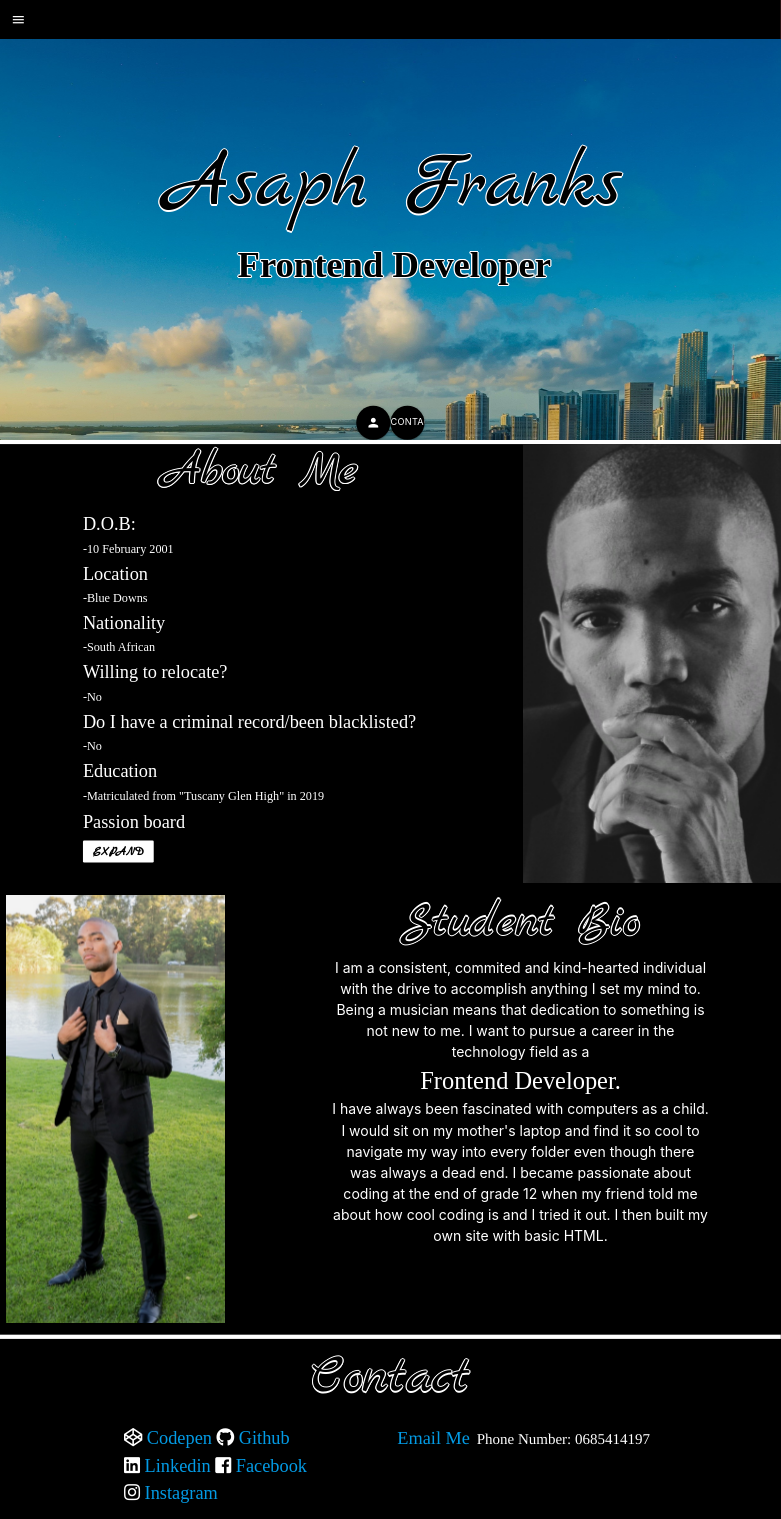
Repository: Ajtheult/portfolio.v3
Page: /portfolio-v3
The author's editor kept a copy of each file at every save. The page is drawn from the files as they stood at one save, then again after the next save.
The browser window is 1280 px wide. The pictures show the whole page, at 61% of full size.
Some web fonts or font styles are not loaded; a fallback is used. The project was rebuilt for these pictures with package versions that can differ from the ones it lists, and the page was loaded fresh each time. Also part of the build but not shown: src/components/layout/pages/Skills.js, src/components/layout/pages/MyWork.js, src/components/layout/pages/Testimonials.js.

Above is the page before, as saved 2020-07-25 19:58:54.

After the next save:
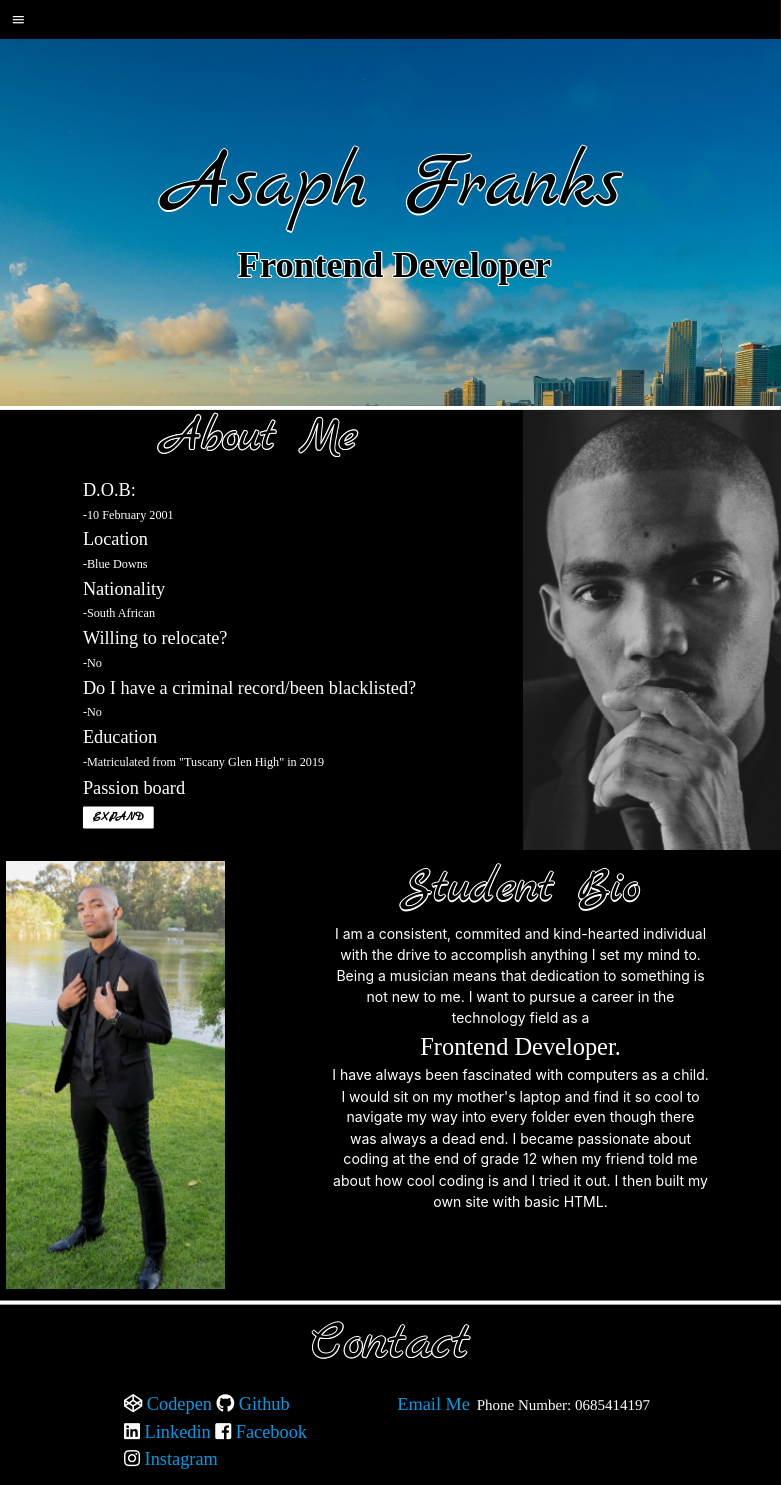
Saved 3 min 40 s later.
--- a/src/components/layout/pages/Home.js
+++ b/src/components/layout/pages/Home.js
@@ -24,20 +24,6 @@ export const Home = () => {
             <h4 className="intro_name_bottom">Frontend Developer</h4>
           </div>
         </div>
-
-        <a
-          className="btn-floating btn-large waves-effect waves-light black center"
-          href="#about"
-        >
-          <i className="material-icons">person</i> {/*About */}
-        </a>
-
-        <a
-          className="btn-floating btn-large waves-effect waves-light black center"
-          href="#contact"
-        >
-          contact {/*Contact*/}
-        </a>
       </Parallax>
       <div style={{ height: "1vh" }} className="white move_the_con" />
       <div className="row">
